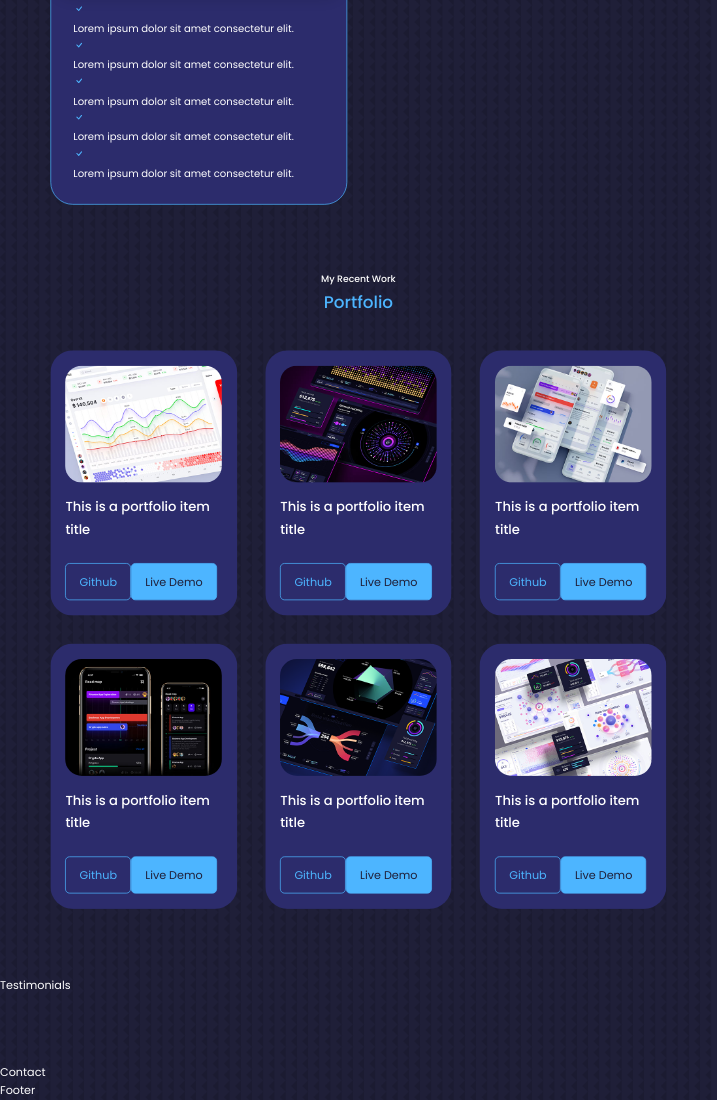
Repository: YuriSarmanho/Portifolio-
Page: / (app in portifolio/)
These files come from the project's save history. The page is drawn as it stood at one moment and after a run of saves; the edit follows.
The browser window is 1024 px wide. The pictures show the part of the page from y = 3369 to 5609 px (the page is 4940 px tall before and 5609 px after), at 70% of full size.
The project was rebuilt for these pictures with package versions that can differ from the ones it lists, and the page was loaded fresh each time. Also part of the build but not shown: portifolio/src/Components/Contact/Contact.css, portifolio/src/Components/Testimonials/Testimonials.css. Imported but missing from the stored project, and not drawn on this page: portifolio/src/assets/cv.pdf.

Above is the page before, as saved 2022-05-25 10:33:02.

After the next 2 saves:
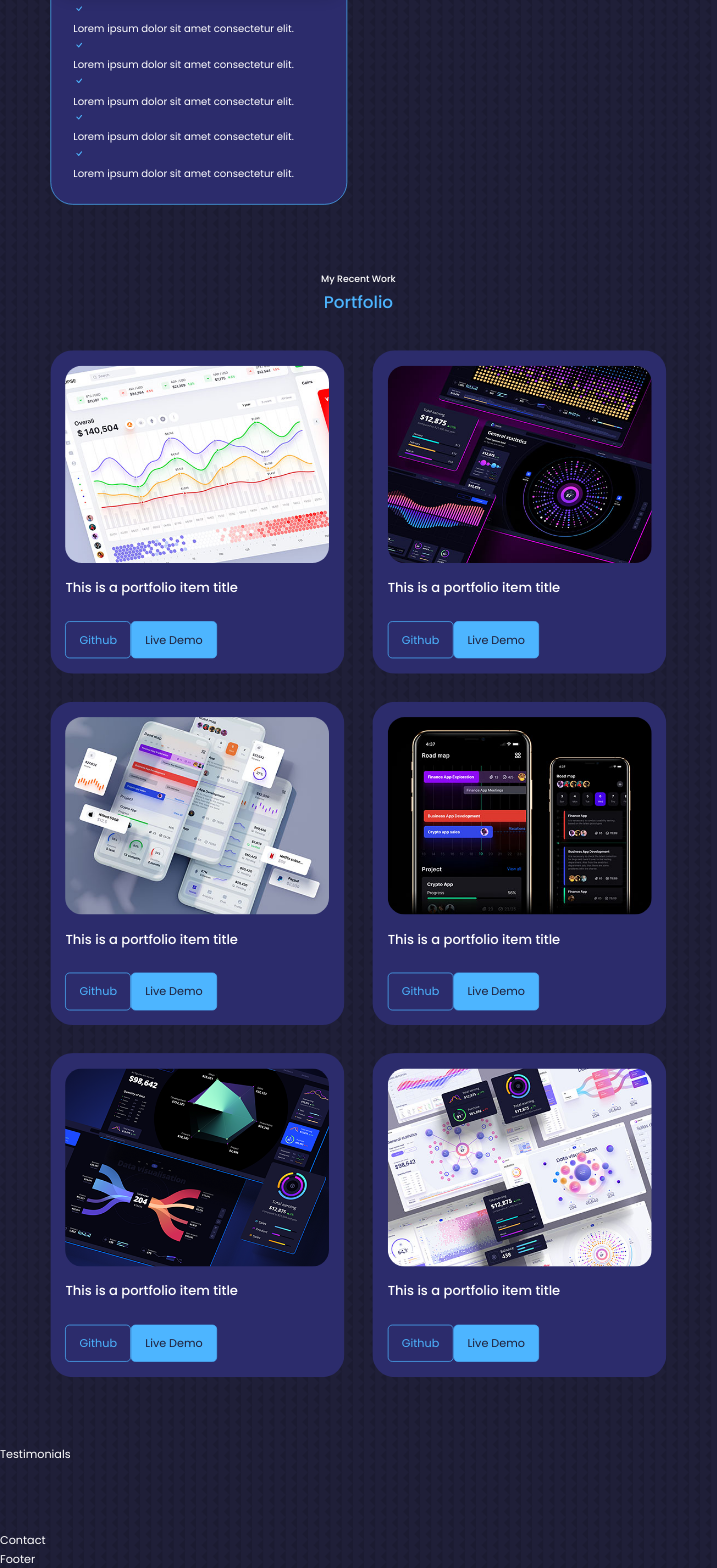
The 2 saves are shown as one change because they came seconds apart.
The last was saved 8 s later.
--- a/portifolio/src/Components/Portfolio/Portfolio.css
+++ b/portifolio/src/Components/Portfolio/Portfolio.css
@@ -33,7 +33,7 @@
 /*MEDIUM DEVICE*/
 @media screen and (max-width: 1024px) {
     .portfolio__container{
-        grid
+        grid-template-columns: 1fr 1fr;
     }
 }
 
